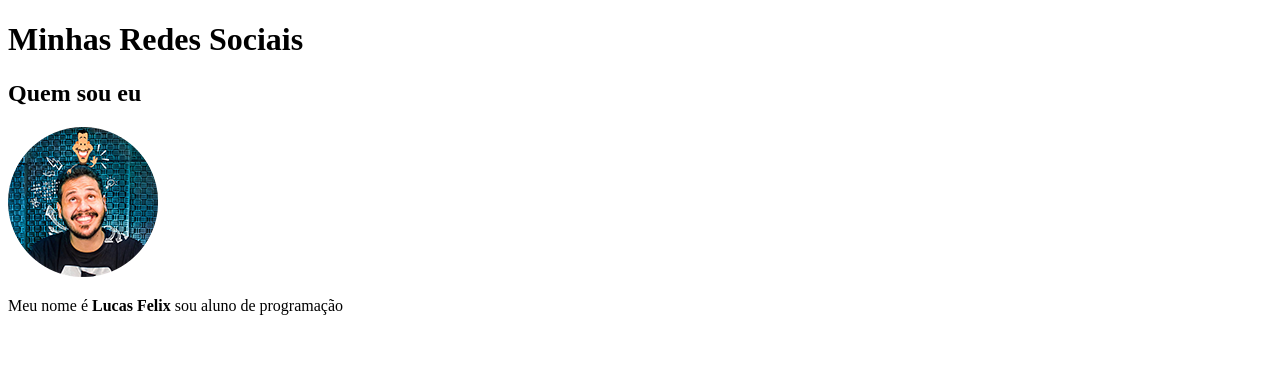
Repository: pheonix5/Estudo
Page: html-css/desafio/d005/index.html
These files come from the project's save history. The page is drawn as it stood at one moment and after the next save; the edit follows.
The browser window is 1280 px wide. The pictures show the whole page.

Above is the page before, as saved 2023-08-02 20:01:36.

After the next save:
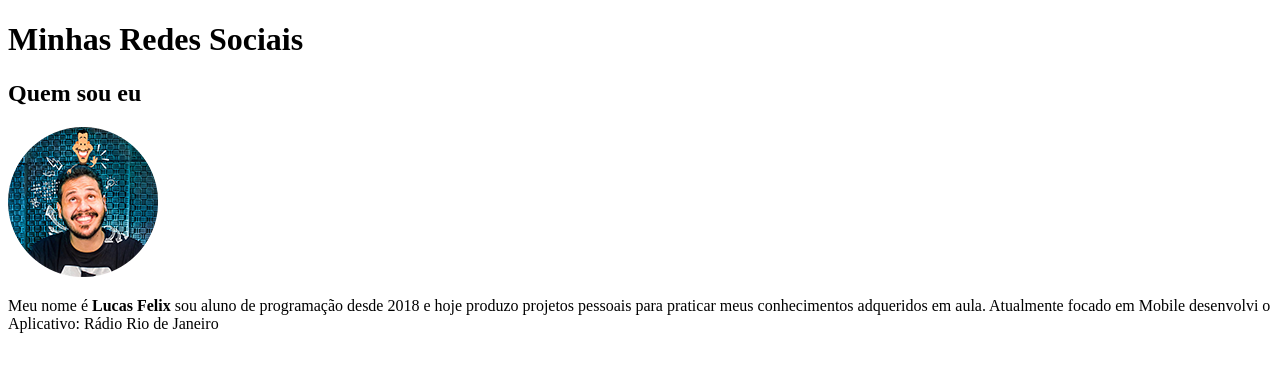
Saved 76 s later.
--- a/html-css/desafio/d005/index.html
+++ b/html-css/desafio/d005/index.html
@@ -10,6 +10,6 @@
   <h1>Minhas Redes Sociais</h1>
   <h2>Quem sou eu</h2>
   <img src="imagens/foto-perfil-guanabara.png" alt="Foto-Perfil">
-  <p>Meu nome é <strong>Lucas Felix</strong> sou aluno de programação</p>
-</body>
+  <p>Meu nome é <strong>Lucas Felix</strong> sou aluno de programação desde 2018 e hoje produzo projetos pessoais para praticar meus conhecimentos adqueridos em aula. Atualmente focado em Mobile desenvolvi o Aplicativo: Rádio Rio de Janeiro</p>
+  </body>
 </html>
